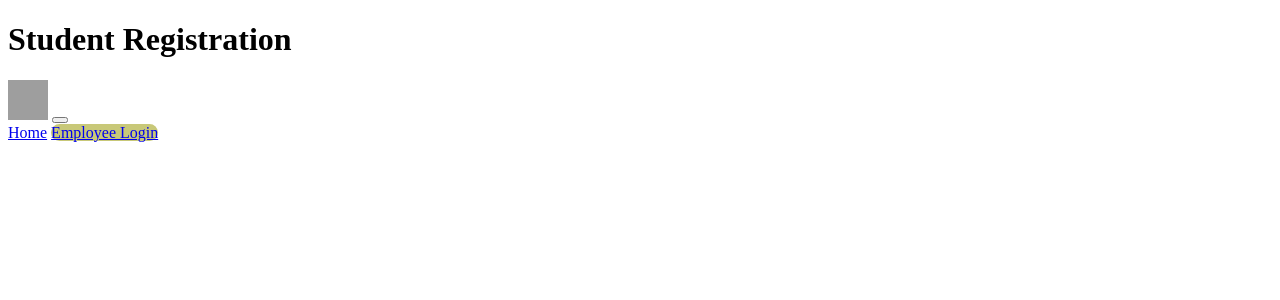
Repository: HarinathDeveloper/Student-Management
Page: http://localhost/StudentManagement/common.jsp
An editor plug-in stored every save of this project. The page is shown before and after the next save, followed by the edit.
The browser window is 1280 px wide. The pictures show the whole page.
Pictures or frames that could not be fetched are drawn as grey boxes. The page is served by Tomcat 9.

Above is the page before, as saved 2023-01-24 12:59:21.

After the next save:
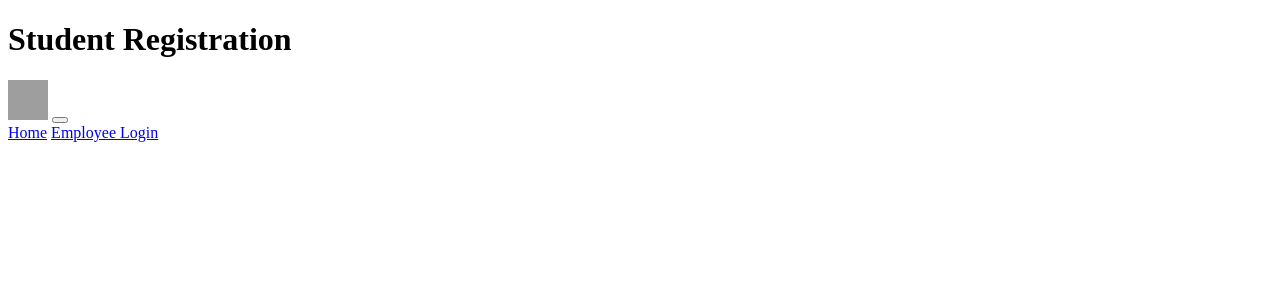
Saved 48 s later.
--- a/StudentManagement/src/main/webapp/common.jsp
+++ b/StudentManagement/src/main/webapp/common.jsp
@@ -21,7 +21,7 @@
               <div class="collapse navbar-collapse" id="navbarNavAltMarkup">
                 <div class="navbar-nav custom-navbar-anchor-div-css">
                   <a class="nav-link custom-navbar-anchor-element-css" aria-current="page" href="home.jsp">Home</a>
-                  <a class="nav-link custom-navbar-anchor-element-css" style="background-color:rgb(200,200,120);border-radius:10px;" href="employee_registration_form.jsp">Employee Login</a>
+                  <a class="nav-link custom-navbar-anchor-element-css" href="employee_registration_form.jsp">Employee Login</a>
                 </div>
               </div>
             </div>
